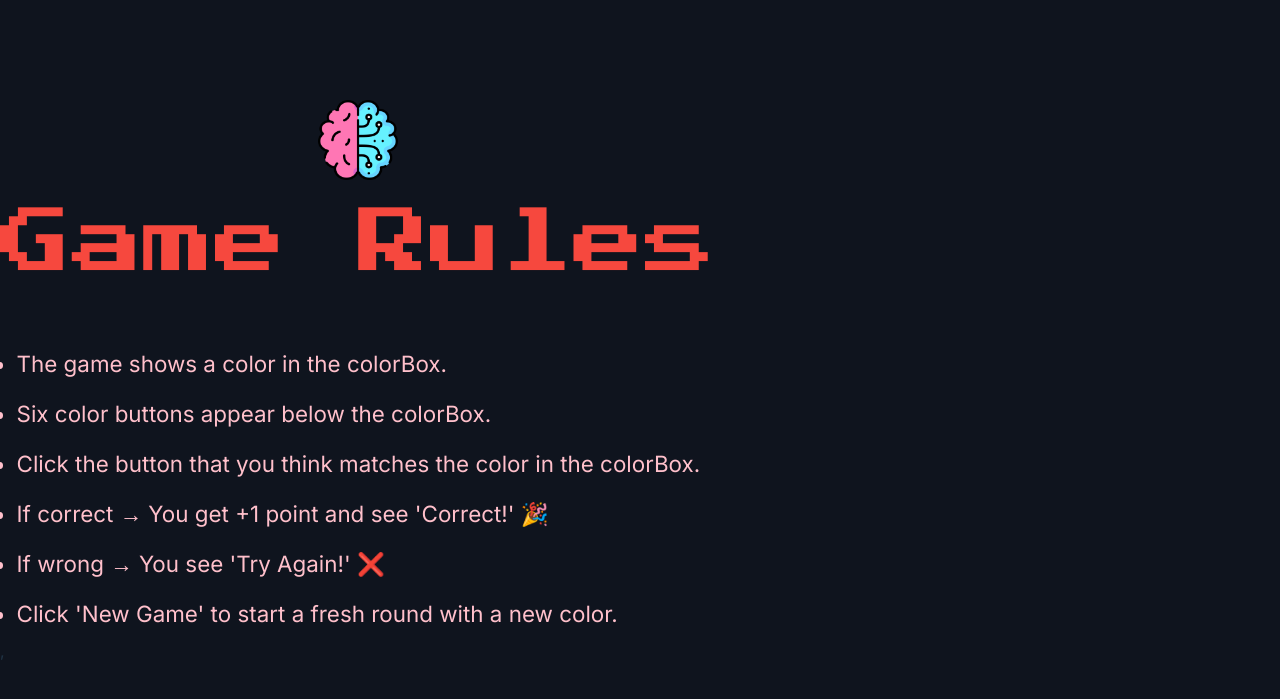
Repository: Shenixo/Color_match_game
Page: /rules
The author's editor kept a copy of each file at every save. The page is drawn from the files as they stood at one save, then again after the next save.
The browser window is 1280 px wide. The pictures show the whole page.
The project was rebuilt for these pictures with package versions that can differ from the ones it lists, and the page was loaded fresh each time. Also part of the build but not shown: vite.config.js, src/Components/Tab/Tab.css, src/Components/Tab/Tab.jsx, src/Pages/Home/Home.jsx, src/Pages/Sound/Sound.jsx.

Above is the page before, as saved 2025-02-03 07:09:20.

After the next save:
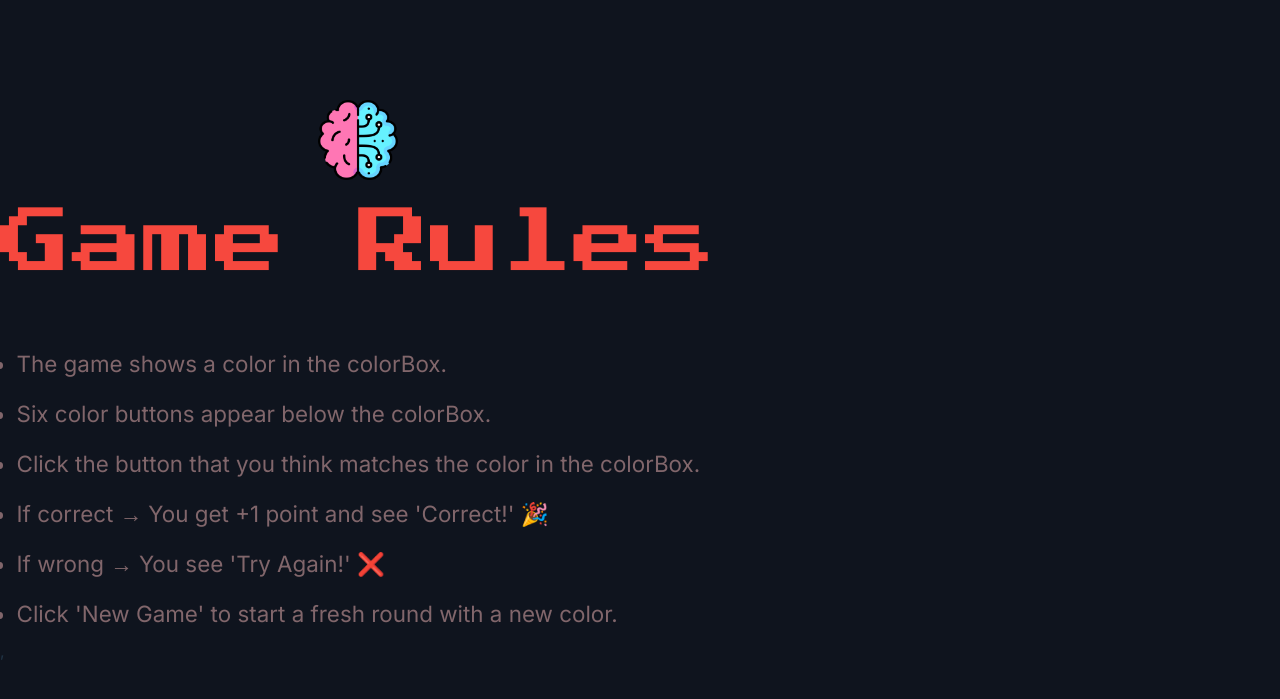
Saved 28 s later.
--- a/src/Pages/Rules/Rules.css
+++ b/src/Pages/Rules/Rules.css
@@ -1,7 +1,7 @@
 .rules{
     color: rgb(160, 159, 159);
     font-size: 1.4rem;
-    color: pink;
+    color: rgb(129, 102, 107);
 }
 .rules li{
     line-height: 50px;
